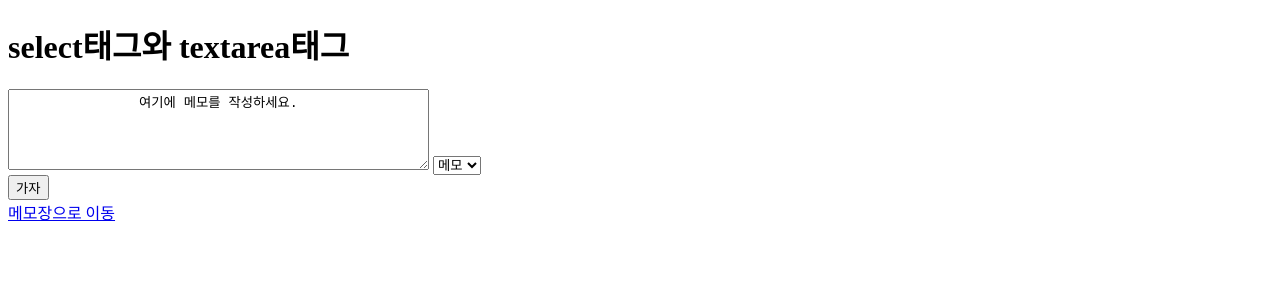
Repository: Kray273/JSLab
Page: html/src/main/webapp/Day97/formtag3.html
These files come from the project's save history. The page is drawn as it stood at one moment and after the next save; the edit follows.
The browser window is 1280 px wide. The pictures show the whole page.

Above is the page before, as saved 2022-11-25 00:55:49.

After the next save:
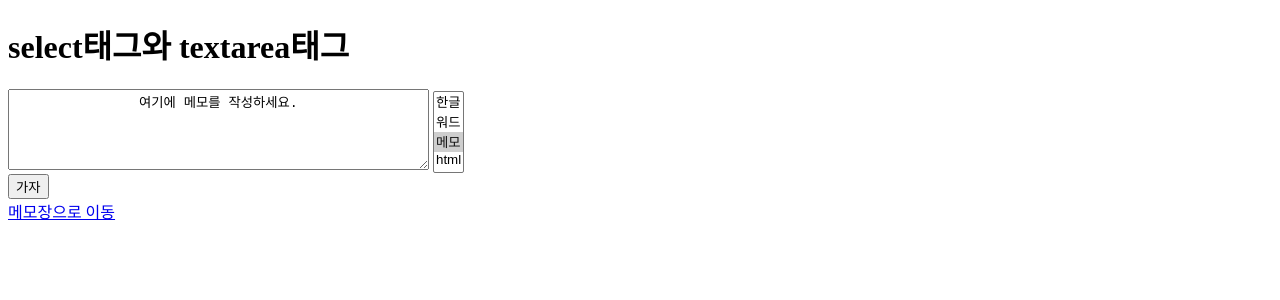
Saved 57 s later.
--- a/html/src/main/webapp/Day97/formtag3.html
+++ b/html/src/main/webapp/Day97/formtag3.html
@@ -25,7 +25,7 @@
 		<textarea rows="5" cols="50" name="memo" id="memoid">
 		여기에 메모를 작성하세요.</textarea>
 
-		<select name="ext" >
+		<select name="ext" multiple>
 			<option value="hwp">한글</option>
 			<option value="doc">워드</option>
 			<option value="txt" selected>메모</option>
